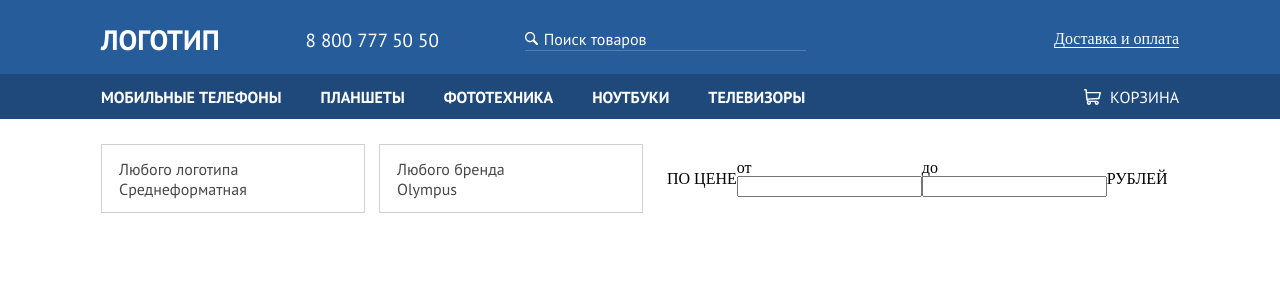
Repository: sem1103/WEBCompany
Page: index.html
An editor plug-in stored every save of this project. The page is shown before and after the next save, followed by the edit.
The browser window is 1280 px wide. The pictures show the whole page.

Above is the page before, as saved 2024-01-11 20:29:14.

### index.html
<!DOCTYPE html>
<html lang="en">

<head>
    <meta charset="UTF-8">
    <meta name="viewport" content="width=device-width, initial-scale=1.0">
    <title>Интернет магазин</title>

    <link rel="preconnect" href="https://fonts.googleapis.com">
    <link rel="preconnect" href="https://fonts.gstatic.com" crossorigin>
    <link href="https://fonts.googleapis.com/css2?family=PT+Sans:wght@400;700&display=swap" rel="stylesheet">

    <link rel="stylesheet" href="styles/reset.css">
    <link rel="stylesheet" href="styles/main.css">
</head>

<body>
    <div id="page">
        <header>
            <div class="container">
                <div class="header__logo">
                    <span>ЛОГОТИП</span>
                </div>
                <p class="phone__number"><a href="tel:+78007775050">8 800 777 50 50</a></p>
                <div class="search__items">
                    <button>
                        <svg xmlns="http://www.w3.org/2000/svg" width="13" height="13" viewBox="0 0 13 13" fill="none">
                            <path
                                d="M8.68135 1.48741C6.69814 -0.495804 3.4703 -0.495804 1.48709 1.48741C-0.495696 3.47106 -0.495696 6.69846 1.48709 8.6821C3.2532 10.4478 6.00382 10.6369 7.98574 9.25819C8.02744 9.45553 8.12289 9.64383 8.27637 9.79731L11.1646 12.6855C11.5855 13.1055 12.2656 13.1055 12.6843 12.6855C13.1048 12.265 13.1048 11.5849 12.6843 11.1657L9.79613 8.27669C9.64351 8.1245 9.45477 8.02863 9.25744 7.98692C10.6371 6.00457 10.4479 3.25438 8.68135 1.48741ZM7.76949 7.77024C6.28885 9.25089 3.87916 9.25089 2.39895 7.77024C0.919166 6.2896 0.919166 3.88034 2.39895 2.3997C3.87916 0.919489 6.28885 0.919489 7.76949 2.3997C9.25013 3.88034 9.25013 6.2896 7.76949 7.77024Z"
                                fill="white" />
                        </svg>
                    </button>
                        <input type="text" name="itemName" placeholder="Поиск товаров">

                </div>
                <p class="delivery"><a href="">Доставка и оплата</a></p>
                <a href="" class="mobile__cart">
                    <svg xmlns="http://www.w3.org/2000/svg" width="21" height="20" viewBox="0 0 21 20" fill="none">
                        <path d="M20.1372 3.64139H3.71775L3.47368 0.816059C3.43376 0.354025 3.0611 0 2.61469 0H0.862433C0.386124 0 0 0.401223 0 0.896159C0 1.39109 0.386124 1.79232 0.862433 1.79232H1.82622C2.35292 7.8897 0.991675 -7.86977 2.81815 13.2755C2.88854 14.1031 3.31889 15.0012 4.06025 15.6114C2.72361 17.3851 3.94489 20 6.11917 20C7.92379 20 9.19662 18.1298 8.57776 16.3584H13.298C12.6799 18.1275 13.95 20 15.7566 20C17.1983 20 18.3713 18.7812 18.3713 17.2831C18.3713 15.7849 17.1983 14.5661 15.7566 14.5661H6.125C5.46988 14.5661 4.89899 14.1554 4.65258 13.557L18.4354 12.7153C18.8117 12.6924 19.13 12.4181 19.2215 12.0381L20.9739 4.75489C21.1097 4.19014 20.6983 3.64139 20.1372 3.64139ZM6.11917 18.2077C5.62857 18.2077 5.22939 17.7929 5.22939 17.2831C5.22939 16.7732 5.62857 16.3584 6.11917 16.3584C6.60981 16.3584 7.009 16.7732 7.009 17.2831C7.009 17.7929 6.60981 18.2077 6.11917 18.2077ZM15.7565 18.2077C15.2659 18.2077 14.8667 17.7929 14.8667 17.2831C14.8667 16.7732 15.2659 16.3584 15.7565 16.3584C16.2472 16.3584 16.6464 16.7732 16.6464 17.2831C16.6464 17.7929 16.2472 18.2077 15.7565 18.2077ZM17.7018 10.9648L4.42042 11.7758L3.87257 5.43367H19.0326L17.7018 10.9648Z" fill="white"/>
                      </svg>
                </a>
            </div>

            <nav>
                <ul class="container">
                    <li><a href="">МОБИЛЬНЫЕ ТЕЛЕФОНЫ</a></li>
                    <li><a href="">ПЛАНШЕТЫ</a></li>
                    <li><a href="">ФОТОТЕХНИКА</a></li>
                    <li><a href="">НОУТБУКИ</a></li>
                    <li><a href="">ТЕЛЕВИЗОРЫ</a></li>

                    <li class="desc__cart"><a href="">
                       <svg xmlns="http://www.w3.org/2000/svg" width="17" height="16" viewBox="0 0 17 16" fill="none">
                            <path d="M16.3015 2.91311H3.0096L2.81202 0.652847C2.77971 0.28322 2.47804 0 2.11666 0H0.69816C0.312576 0 0 0.320979 0 0.716927C0 1.11288 0.312576 1.43385 0.69816 1.43385H1.47837C1.90475 6.31176 0.802785 -6.29581 2.28136 10.6204C2.33834 11.2825 2.68672 12.0009 3.28687 12.4891C2.20482 13.9081 3.19349 16 4.95361 16C6.4145 16 7.44488 14.5038 6.9439 13.0868H10.765C10.2647 14.502 11.2928 16 12.7553 16C13.9224 16 14.872 15.0249 14.872 13.8264C14.872 12.628 13.9224 11.6529 12.7553 11.6529H4.95834C4.428 11.6529 3.96585 11.3243 3.76638 10.8456L14.9239 10.1723C15.2285 10.1539 15.4862 9.93446 15.5603 9.63048L16.9789 3.80391C17.0888 3.35211 16.7558 2.91311 16.3015 2.91311ZM4.95361 14.5661C4.55646 14.5661 4.23331 14.2343 4.23331 13.8264C4.23331 13.4186 4.55646 13.0868 4.95361 13.0868C5.3508 13.0868 5.67395 13.4186 5.67395 13.8264C5.67395 14.2343 5.3508 14.5661 4.95361 14.5661ZM12.7553 14.5661C12.3581 14.5661 12.035 14.2343 12.035 13.8264C12.035 13.4186 12.3581 13.0868 12.7553 13.0868C13.1525 13.0868 13.4756 13.4186 13.4756 13.8264C13.4756 14.2343 13.1525 14.5661 12.7553 14.5661ZM14.33 8.77181L3.57844 9.42062L3.13494 4.34693H15.4073L14.33 8.77181Z" fill="white"/>
                          </svg>
                        КОРЗИНА</a></li>
                </ul>
            </nav>
        </header>

        <main>
            <div class="filter-title container">
                <div  id="logo__filter" class="filter">
                    <p class="display"></p>
                    <p class="list"></p>
                </div>

                <div  id="brand__filter" class="filter">
                    <p class="display"></p>
                    <p class="list"></p>
                </div>

                <div class="price__filter">
                    <p>ПО ЦЕНЕ</p>

                    <div class="price__from">
                        <p>от</p>
                        <input type="number" name="fromPrice" >
                    </div>
                    <div class="price__to">
                        <p>до</p>
                        <input type="number" name="toPrice" >

                    </div>
                    <p>РУБЛЕЙ</p>
                </div>
            </div>
        </main>

    </div>


    <script>
        document.addEventListener('DOMContentLoaded', ()=>{
            const logoList = [
                'Любого логотипа',
                'Компакт-камера',
                'Беззеркальная',
                'Зеркальная',
                'Среднеформатная'
            ]
            const brandList = [
                'Любого бренда',
                'Canon',
                'Nikon',
                'Sony',
                'Fujifilm',
                'Samsung',
                'Olympus'
            ]

            const logoFilter = document.getElementById('logo__filter');
            const brandFilter = document.getElementById('brand__filter');



            function showFilter(array, filter){
                const display = filter.querySelector('.display');
                const list = filter.querySelector('.list');
                display.innerText = array[0];
                array.forEach(item => {
                    if(display.innerText != item){
                        list.innerText = item
                    }
                });
            }

            showFilter(logoList, logoFilter);
            showFilter(brandList, brandFilter);
        })
    </script>
</body>

</html>

### styles/reset.css
:root{
    --blue: #265C9A;
    --darkBlue: #1F497B;
    --yellow: #FBFF3D;
    --fontPT: 'PT Sans'
 }
html{
    scroll-behavior: smooth;
}
html,
body,
div,
span,
applet,
object,
iframe,
h1,
h2,
h3,
h4,
h5,
h6,
p,
blockquote,
pre,
a,
abbr,
acronym,
address,
big,
cite,
code,
del,
dfn,
em,
img,
ins,
kbd,
q,
s,
samp,
small,
strike,
strong,
sub,
sup,
tt,
var,
b,
u,
i,
center,
dl,
dt,
dd,
ol,
ul,
li,
fieldset,
form,
label,
legend,
table,
caption,
tbody,
tfoot,
thead,
tr,
th,
td,
article,
aside,
canvas,
details,
embed,
figure,
figcaption,
footer,
header,
hgroup,
menu,
nav,
output,
ruby,
section,
summary,
time,
mark,
audio,
video {
    margin: 0;
    padding: 0;
    border: 0;
    font-size: 100%;
    font: inherit;
    vertical-align: baseline
}

article,
aside,
details,
figcaption,
figure,
footer,
header,
hgroup,
menu,
nav,
section {
    display: block
}

body {
    line-height: 1;
}

ol,
ul {
    list-style: none
}

blockquote,
q {
    quotes: none
}

blockquote:before,
blockquote:after,
q:before,
q:after {
    content: '';
    content: none
}

table {
    border-collapse: collapse;
    border-spacing: 0
}

a {
    text-decoration: none;
    color: inherit;
    transition: all .3s ease-in-out
}

a:hover {
    color: #365edc;
}

* {
    box-sizing: border-box
}

main img{
    width: 100%;
    height: auto;
}

### styles/main.css


.container{
    max-width: 1078px;
    margin: 0 auto;
}
header{
    background: var(--blue);
}
nav{
    background: var(--darkBlue);
}
header > div{
    display: flex;
    align-items: center;
    padding: 21px 0 16px 0;
}
header a:hover{
    color: var(--yellow);
}
.header__logo span{
    font:700 28px var(--fontPT);
    color: #fff;
}
.phone__number{
    margin: 0 86px;
    font: 19px var(--fontPT);
    color: #fff;
}
.search__items{
    border-bottom: 1px solid #517DAE;
    max-width: 281px;
    width: 100%;
}
.search__items button{
    background-color: transparent;
    border: 0;
    padding: 0;
    margin: 0;
    cursor: pointer;
}
.search__items input{
    font: 16px var(--fontPT);
    background-color: transparent;
    border: 0;
    outline: 0;
    color: #fff;
}
.search__items input::placeholder{
    color: #fff;
}
.delivery{
    margin: 0 0 0 auto;
    color: #fff;
    border-bottom: 1px solid #fff;
}


.mobile__cart{
    display: none;
}


nav ul{
    display: flex;
    color: #fff;
    padding: 13px 0 12px 0;
}
nav li{
    margin: 0 39px 0 0;
    font: 700 16px var(--fontPT);
}
.desc__cart{
    margin: 0 0 0 auto;
    font-weight: 400;
}
.desc__cart a{
    display: flex;
    align-items: center;
}
.desc__cart svg{
    margin: 0 9px 0 0 ;
}


/*Filter*/
.filter-title{
    padding: 25px 0 23px 0;
    display: flex;
    align-items: center;

}
.price__filter{
    display: flex;
    align-items: center;

}

.filter{
    font: 16px var(--fontPT);
    color: #484848;
    cursor: pointer;
    max-width: 264px;
    width: 100%;
    padding: 14px 17px 13px 17px;
    outline: 0;
    border: 1px solid #D0D0D0;
}
#brand__filter{
    margin: 0 24px 0 14px;
}

After the next save:
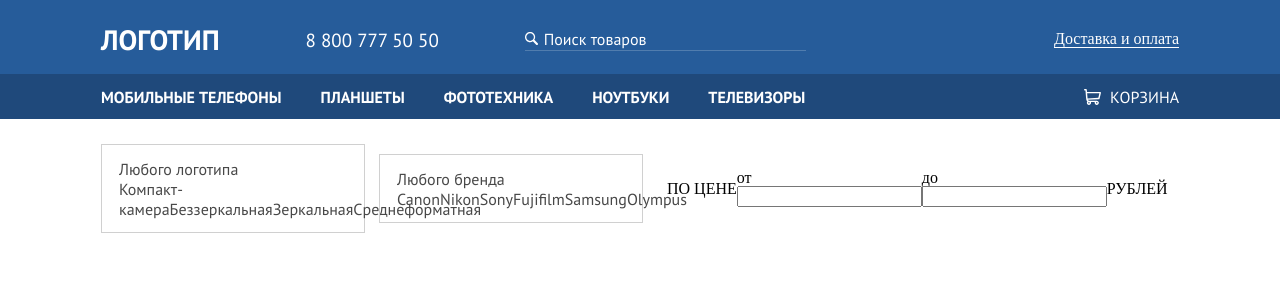
Saved 5 s later.
--- a/index.html
+++ b/index.html
@@ -120,7 +120,7 @@
                 display.innerText = array[0];
                 array.forEach(item => {
                     if(display.innerText != item){
-                        list.innerText = item
+                        list.innerText += item
                     }
                 });
             }
